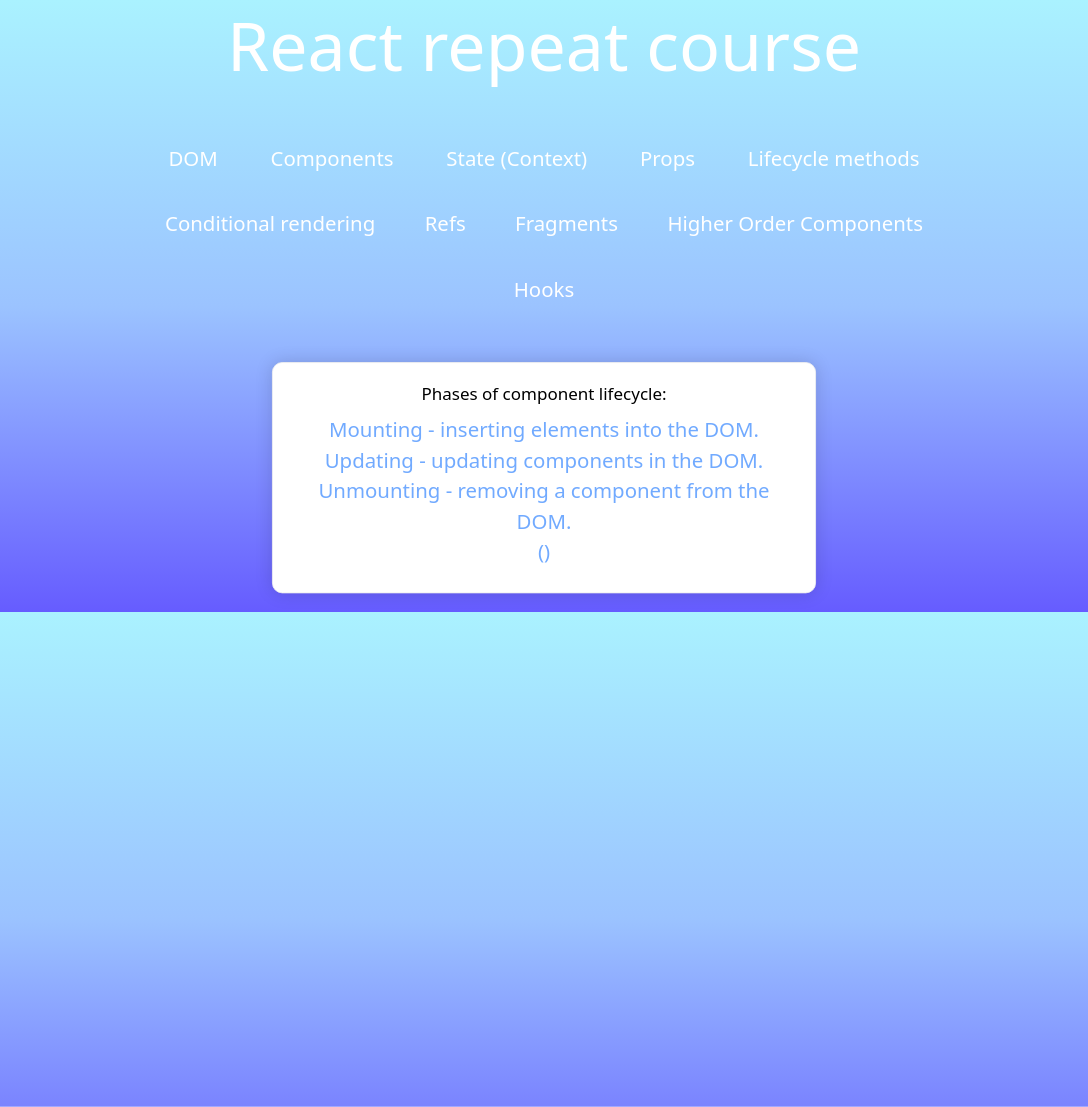
Repository: michalgornicki/github
Page: /#/Lifecycle
An editor plug-in stored every save of this project. The page is shown before and after a run of saves, followed by the edit.
The browser window is 1280 px wide. The pictures show the whole page, at 85% of full size.
Backgrounds fixed to the window are drawn as part of the page. The project was rebuilt for these pictures with package versions that can differ from the ones it lists, and the page was loaded fresh each time. Also part of the build but not shown: src/components/dom.jsx, src/components/components.jsx, src/components/state.jsx, src/components/props.jsx, src/components/conditional.jsx, src/components/refs.jsx, src/components/fragments.jsx, src/components/hoc.jsx and 1 more.

Above is the page before, as saved 2022-02-07 13:07:45.

### src/App.jsx
import React from "react";
import "./App.css";
import "bootstrap/dist/css/bootstrap.min.css";
import { Route, HashRouter as Router, Routes, Link } from "react-router-dom";
import DOM from "./components/dom.jsx";
import Components from "./components/components.jsx";
import State from "./components/state.jsx";
import Props from "./components/props.jsx";
import Lifecycle from "./components/lifecycle.jsx";
import Conditional from "./components/conditional.jsx";
import Refs from "./components/refs.jsx";
import Fragments from "./components/fragments.jsx";
import HOC from "./components/hoc.jsx";
import Hooks from "./components/hooks.jsx";

const App = () => {
  return (
    <Router>
      <div className="text-center">
        <div className="display-1 mt-1 mb-5 text-white">React repeat course</div>

        <div className="h4 d-flex w-75 m-auto my-5 justify-content-evenly flex-wrap text-white">
          <Link className="link-style m-3" to="/">
            DOM
          </Link>
          <Link className="link-style m-3" to="/Components">
            Components
          </Link>
          <Link className="link-style m-3" to="/State">
            State (Context)
          </Link>
          <Link className="link-style m-3" to="/Props">
            Props
          </Link>
          <Link className="link-style m-3" to="/Lifecycle">
            Lifecycle methods
          </Link>
          <Link className="link-style m-3" to="/Conditional">
            Conditional rendering
          </Link>
          <Link className="link-style m-3" to="/Refs">
            Refs
          </Link>
          <Link className="link-style m-3" to="/Fragments">
            Fragments
          </Link>
          <Link className="link-style m-3" to="/HOC">
            Higher Order Components
          </Link>
          <Link className="link-style m-3" to="/Hooks">
            Hooks
          </Link>
        </div>

        <Routes>
          <Route path="/" element={<DOM />} />
          <Route path="/Components" element={<Components />} />
          <Route path="/State" element={<State />} />
          <Route path="/Props" element={<Props />} />
          <Route path="/Lifecycle" element={<Lifecycle />} />
          <Route path="/Conditional" element={<Conditional />} />
          <Route path="/Refs" element={<Refs />} />
          <Route path="/Fragments" element={<Fragments />} />
          <Route path="/HOC" element={<HOC />} />
          <Route path="/Hooks" element={<Hooks />} />
        </Routes>
      </div>
    </Router>
  );
};

export default App;

### src/App.css
@import url('https://fonts.googleapis.com/css2?family=Catamaran:wght@400&display=swap');

body{
    font-family: 'Catamaran', sans-serif;
    overflow-x: hidden;
    padding-bottom: 80vh;
    height: auto;
    background: linear-gradient(rgb(170, 242, 255), rgb(155, 195, 255), rgb(102, 92, 255));
    background-attachment: fixed;
}

.js-item{
    color:rgb(0, 0, 0);
    font-size: 1.25rem;
    background-color: white;
    transition: 0.2s;
    padding: 3vh;
    margin-bottom: 4vh!important;
    border: 1px solid rgb(240, 240, 240);
    width: 50%;
    margin-left: auto;
    margin-right: auto;
    box-shadow: 0px 0px 20px rgba(0, 0, 0, 0.15);
    border-radius: 0.75rem;
}

.js-item:hover{
    cursor: pointer;
    background-color: rgb(240, 240, 240);
}

.text-color{
    margin: auto;
    padding: 0.5rem;
    width: fit-content;
    color:rgb(113, 170, 255)!important;
    font-size: 1.5rem;
    border-radius: 1rem;
}

.link-style{
    color: inherit;
    text-decoration: inherit;
    padding: 0.5rem;
    border-radius: 0.5rem;
}

.link-style:hover{
    color: rgb(113, 170, 255);
    text-decoration: inherit;
}

@media only screen and (max-device-width: 600px), (max-width: 600px) {

    .js-item{
        width: 95%;
    }

}

### src/components/lifecycle.jsx
const Lifecycle = () => {
  return (
    <div className="">
      <div className="js-item">
        {" "}
        <div className="">Phases of component lifecycle: </div>
        <div className="text-color">
          {`Mounting - inserting elements into the DOM.`} <br />
          {`Updating - updating components in the DOM.`} <br />
          {`Unmounting - removing a component from the DOM.`}{" "} <br />
          ()
        </div>{" "}

      </div>
    </div>
  );
};

export default Lifecycle;

Loaded but not shown: public/index.html (common file); src/index.js (common file); src/index.css (common file); src/reportWebVitals.js (common file)

After the next 3 saves:
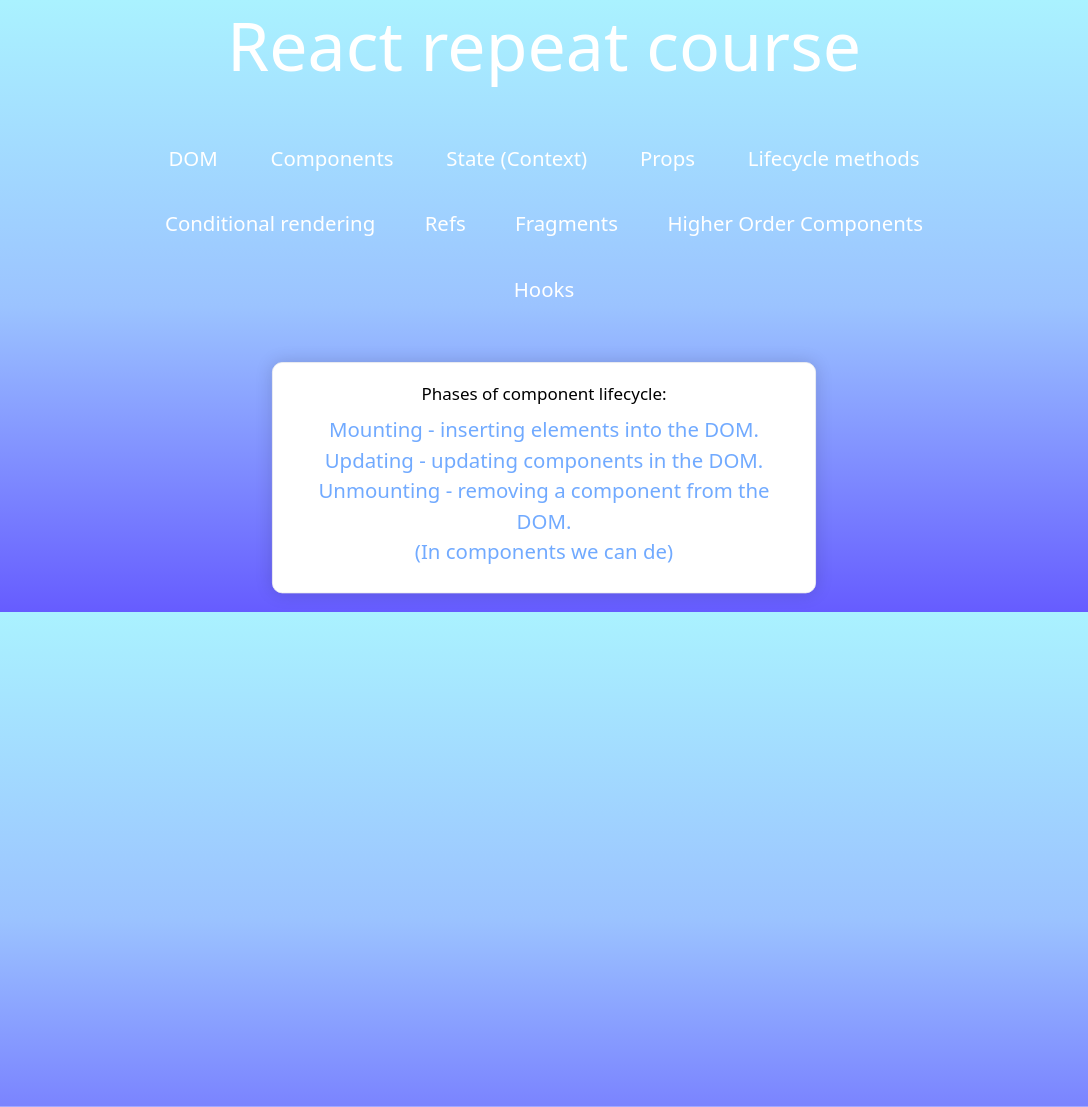
The 3 saves are shown as one change because they came seconds apart.
The last was saved 11 s later.
--- a/src/components/lifecycle.jsx
+++ b/src/components/lifecycle.jsx
@@ -8,7 +8,7 @@
           {`Mounting - inserting elements into the DOM.`} <br />
           {`Updating - updating components in the DOM.`} <br />
           {`Unmounting - removing a component from the DOM.`}{" "} <br />
-          ()
+          (In components we can de)
         </div>{" "}
 
       </div>
